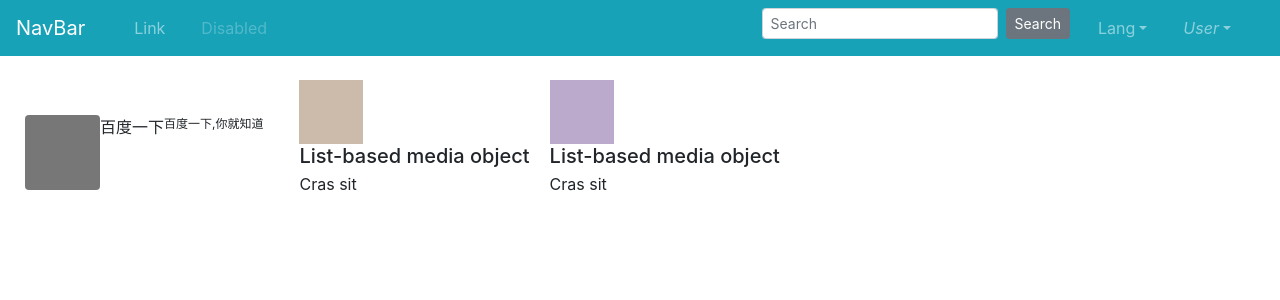
Repository: Funnyrz/vue-nav
Page: /
An editor plug-in stored every save of this project. The page is shown before and after the next save, followed by the edit.
The browser window is 1280 px wide. The pictures show the whole page.
The project was rebuilt for these pictures with package versions that can differ from the ones it lists, and the page was loaded fresh each time.

Above is the page before, as saved 2020-08-26 12:01:28.

After the next save:
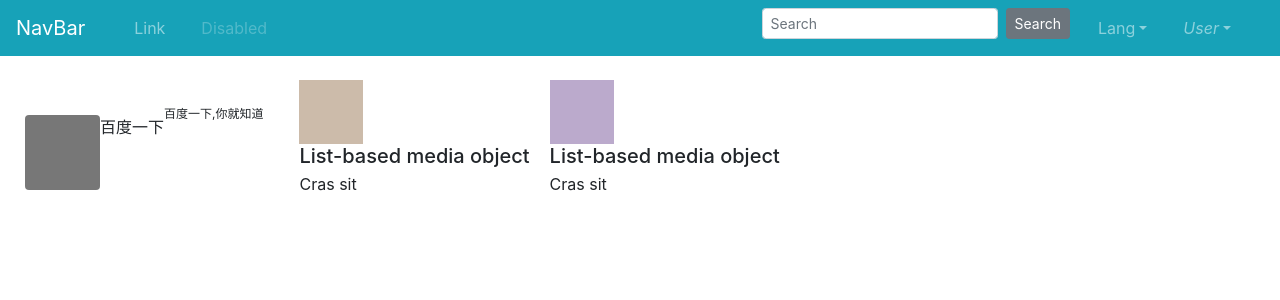
Saved 35 s later.
--- a/src/components/HelloWorld.vue
+++ b/src/components/HelloWorld.vue
@@ -48,7 +48,7 @@
                   <div style="position:relative;">
                 百度一下
                 </div>
-                <div style="font-size:12px; position:relative;float: left;">
+                <div style="font-size:12px; position:relative;bottom:10px">
                 百度一下,你就知道
                 </div>
               </template>

After the save that followed:
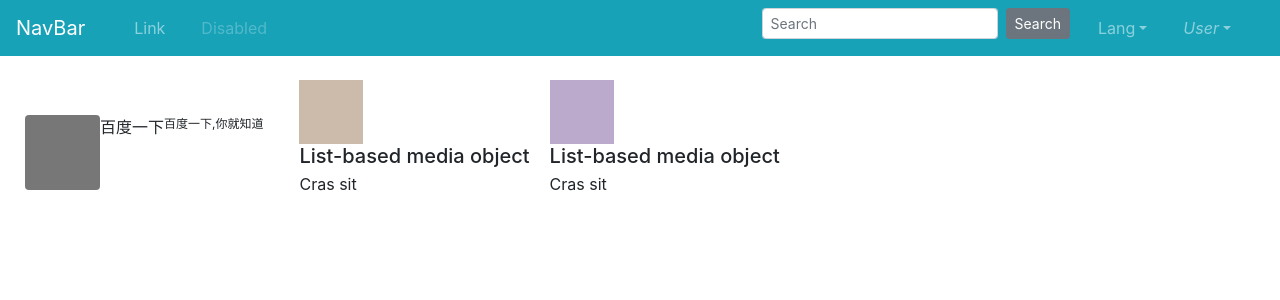
Saved 7 s later.
--- a/src/components/HelloWorld.vue
+++ b/src/components/HelloWorld.vue
@@ -48,7 +48,7 @@
                   <div style="position:relative;">
                 百度一下
                 </div>
-                <div style="font-size:12px; position:relative;bottom:10px">
+                <div style="font-size:12px; position:relative;bottom:0px">
                 百度一下,你就知道
                 </div>
               </template>
